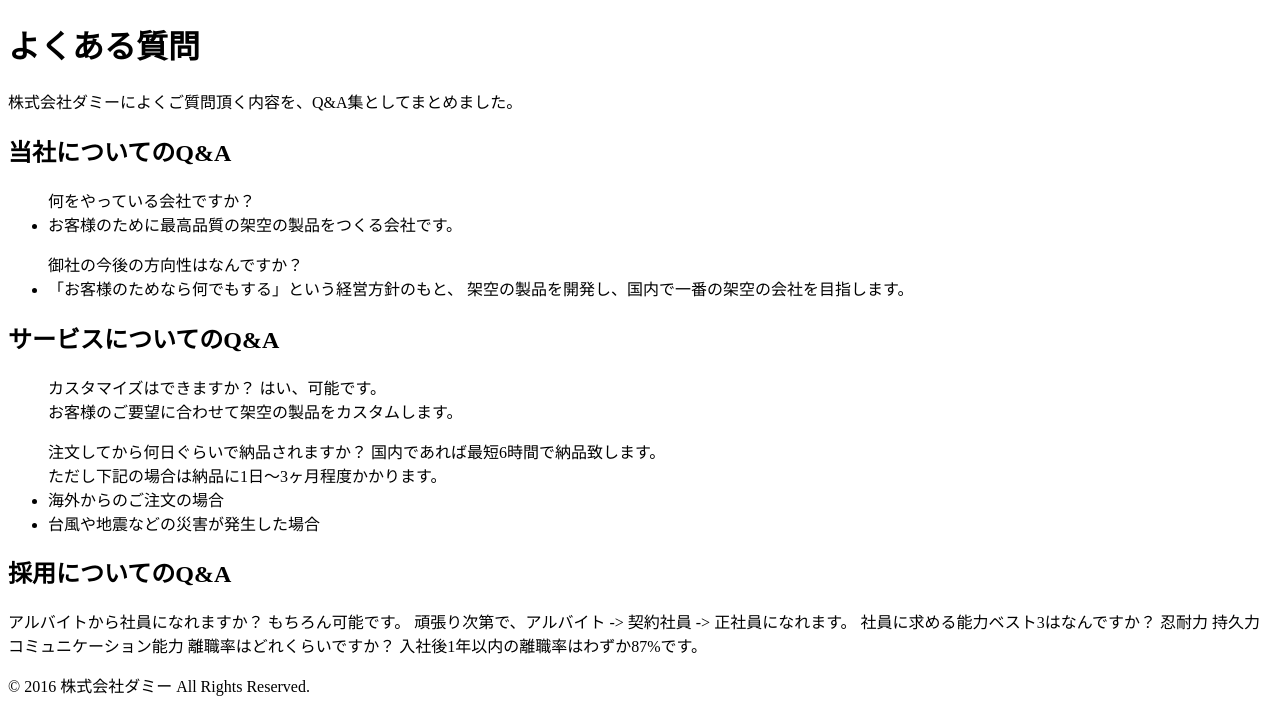
Repository: winc1980/practice-hp2022-wednesday
Page: ruka/practice1.html
These files come from the project's save history. The page is drawn as it stood at one moment and after the next save; the edit follows.
The browser window is 1280 px wide. The pictures show the whole page.

Above is the page before, as saved 2022-05-26 00:03:40.

### ruka/practice1.html
<!DOCTYPE html>
<html lang="ja">
<head>
    <meta charset="UTF-8">
    <meta http-equiv="X-UA-Compatible" content="IE=edge">
    <meta name="viewport" content="width=device-width, initial-scale=1.0">
    <title>よくある質問 | 架空の株式会社ダミー</title>
</head>
<body>
    <h1>よくある質問</h1>

<p>
株式会社ダミーによくご質問頂く内容を、Q&A集としてまとめました。
</p>

<h2>当社についてのQ&A</h2>

<ul>
何をやっている会社ですか？
<li>
お客様のために最高品質の架空の製品をつくる会社です。
</li>
</ul>
<ul>
御社の今後の方向性はなんですか？
<li>
「<span>お客様のためなら何でもする</span>」という経営方針のもと、
架空の製品を開発し、国内で一番の架空の会社を目指します。
</li>
</ul>

<h2>サービスについてのQ&A</h2>
<ul>
カスタマイズはできますか？
はい、可能です。<br>
お客様のご要望に合わせて架空の製品をカスタムします。
</ul>
<ul>
注文してから何日ぐらいで納品されますか？
国内であれば最短6時間で納品致します。<br>
ただし下記の場合は納品に1日〜3ヶ月程度かかります。
<li>
海外からのご注文の場合
</li>
<li>
台風や地震などの災害が発生した場合
</li>
</ul>
<h2>採用についてのQ&A</h2>
アルバイトから社員になれますか？
もちろん可能です。
頑張り次第で、アルバイト -> 契約社員 -> 正社員になれます。
社員に求める能力ベスト3はなんですか？
忍耐力
持久力
コミュニケーション能力

離職率はどれくらいですか？
入社後1年以内の離職率はわずか87%です。
<p>
© 2016 株式会社ダミー All Rights Reserved.
</p>
</body>
</html>

After the next save:
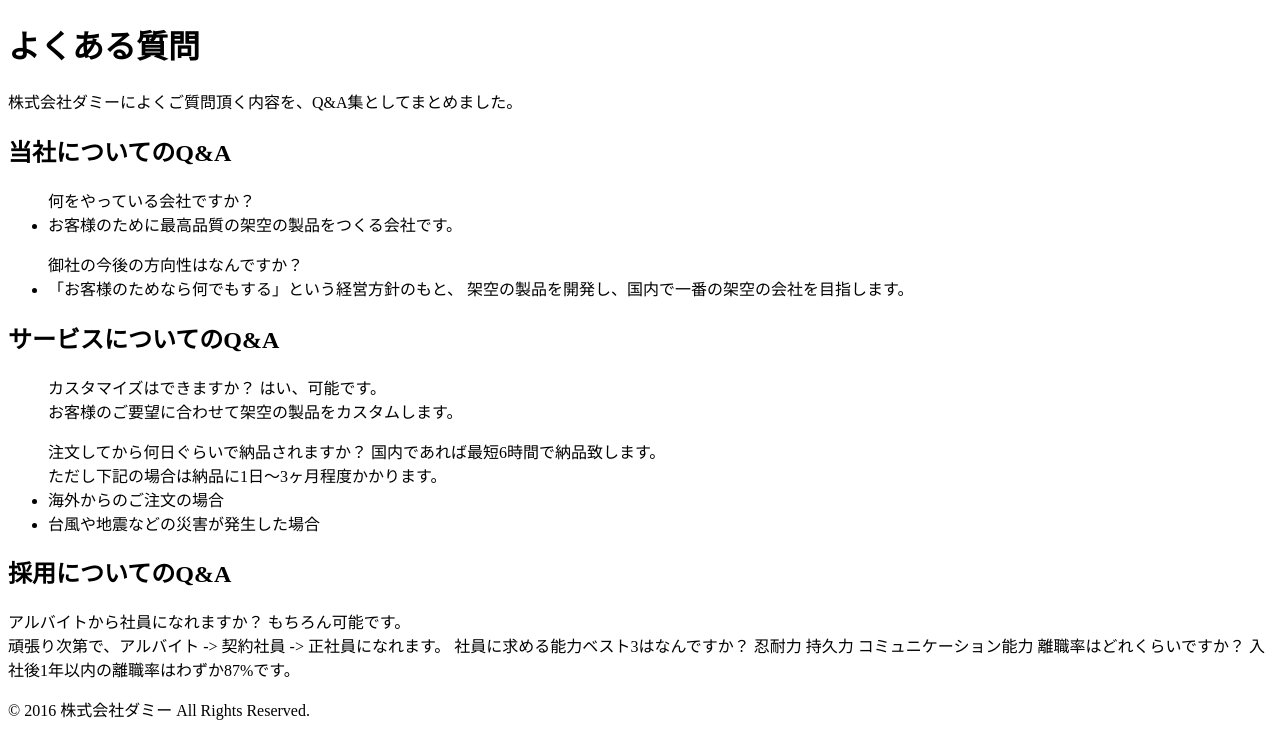
Saved 33 s later.
--- a/ruka/practice1.html
+++ b/ruka/practice1.html
@@ -48,7 +48,7 @@
 </ul>
 <h2>採用についてのQ&A</h2>
 アルバイトから社員になれますか？
-もちろん可能です。
+もちろん可能です。<br>
 頑張り次第で、アルバイト -> 契約社員 -> 正社員になれます。
 社員に求める能力ベスト3はなんですか？
 忍耐力
